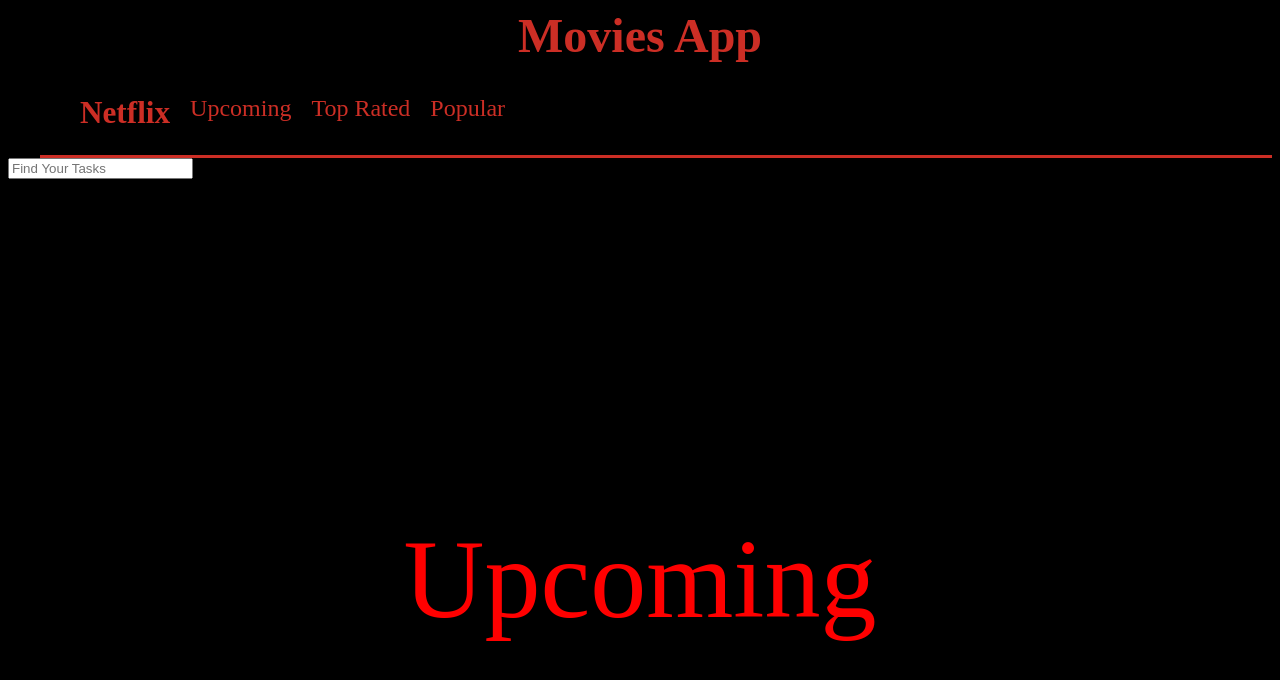
Repository: runner855/movie-app
Page: /
The author's editor kept a copy of each file at every save. The page is drawn from the files as they stood at one save, then again after the next save.
The browser window is 1280 px wide. The pictures show the whole page.
The project was rebuilt for these pictures with package versions that can differ from the ones it lists, and the page was loaded fresh each time. Also part of the build but not shown: src/styles/TopRated.css, src/components/TopRated.tsx, src/styles/Popular.css, src/components/Popular.tsx.

Above is the page before, as saved 2022-11-16 17:26:01.

After the next save:
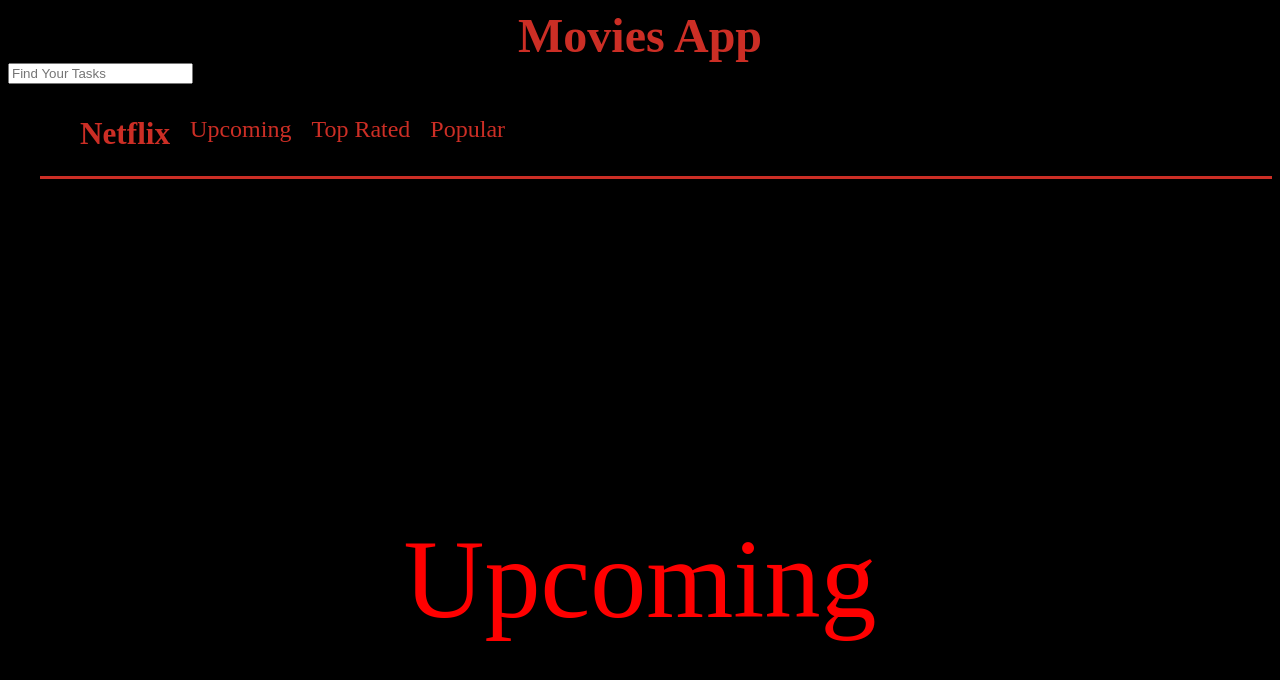
Saved 21 s later.
--- a/src/components/App.tsx
+++ b/src/components/App.tsx
@@ -12,8 +12,9 @@
   return (
     <div className="App">
       <div className="title">Movies App</div>
+      <MoviesFilter />
       <NavBar />
-      <MoviesFilter />
+
       <Routes>
         <Route path="/" element={<Upcoming />} />
 
